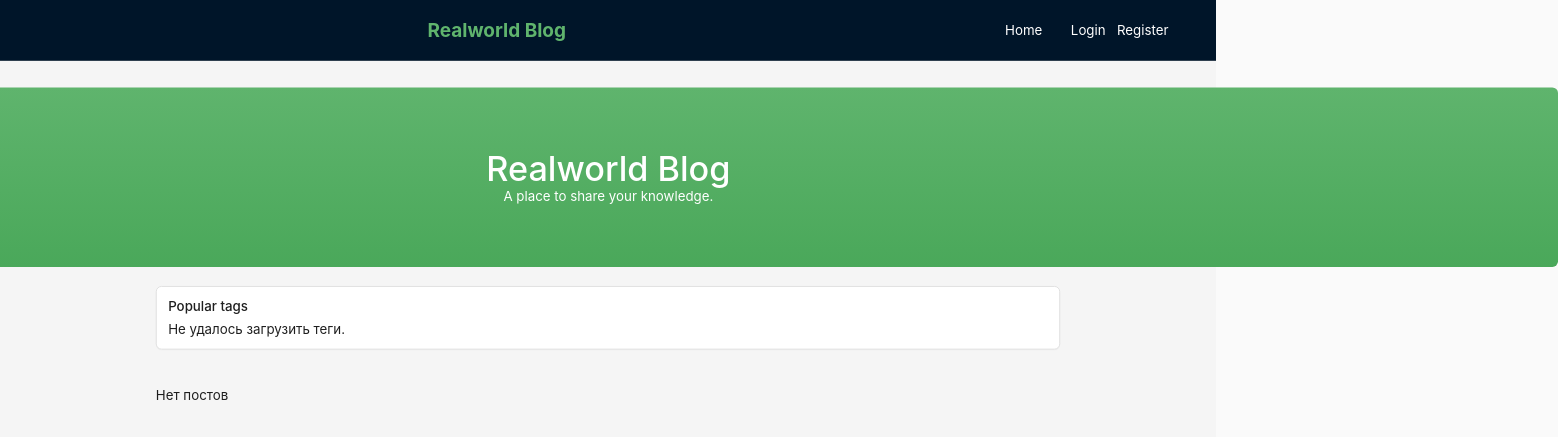
Repository: Rafged/S1mple-blog
Page: / (app in S1mple-blog-main/)
These files come from the project's save history. The page is drawn as it stood at one moment and after a run of saves; the edit follows.
The browser window is 1280 px wide. The page is 1640 px wide, so the pictures cover 1640 px, including what lies to the right of the window. The pictures show the whole page, at 95% of full size.
The page's requests for data from a server got no answer. The project was rebuilt for these pictures with package versions that can differ from the ones it lists, and the page was loaded fresh each time. No one was signed in, and anything a server would have sent is missing. Also part of the build but not shown: S1mple-blog-main/vite.config.js, S1mple-blog-main/src/pages/Login.jsx, S1mple-blog-main/src/pages/Register.jsx, S1mple-blog-main/src/pages/NewPost.jsx, S1mple-blog-main/src/pages/Settings.jsx, S1mple-blog-main/src/pages/Article.jsx, S1mple-blog-main/src/pages/Profile.css, S1mple-blog-main/src/pages/Profile.jsx.

Above is the page before, as saved 2025-10-06 14:51:51.

After the next 3 saves:
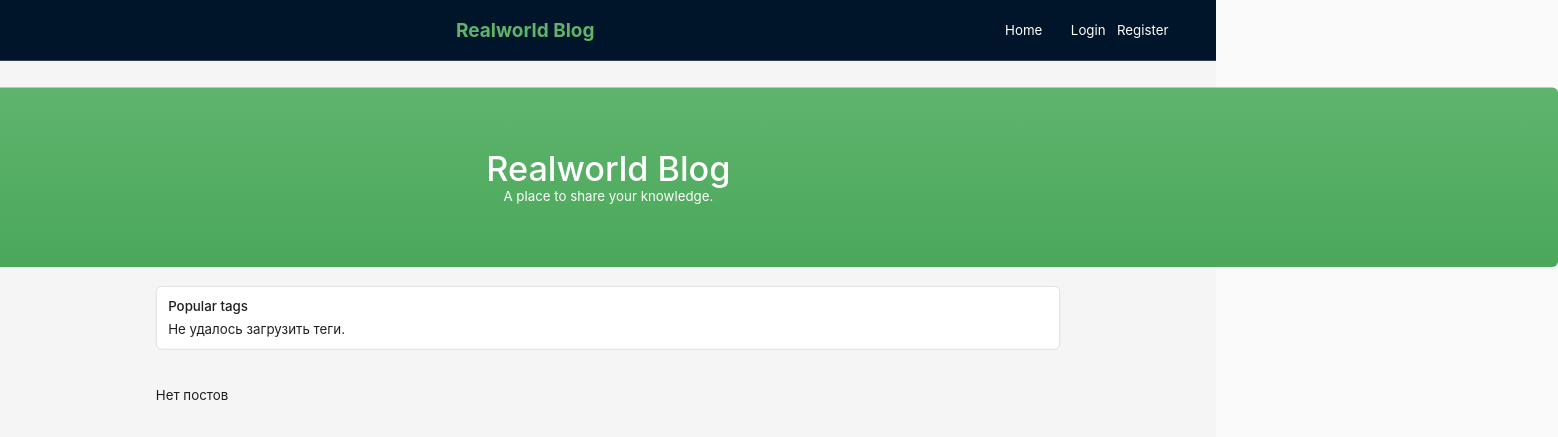
The 3 saves are shown as one change because they came seconds apart.
The last was saved 8 s later.
--- a/S1mple-blog-main/src/App.jsx
+++ b/S1mple-blog-main/src/App.jsx
@@ -35,7 +35,7 @@ export default function App(){
   return (
     <Layout style={{minHeight:'100vh'}}>
       <Header style={{display:'flex', alignItems:'center', justifyContent:'space-between'}}>
-        <div style={{color:'#5fb46d', fontWeight:700, fontSize: '20px', marginLeft: 400}}>Realworld Blog</div>
+        <div style={{color:'#5fb46d', fontWeight:700, fontSize: '20px', marginLeft: 430}}>Realworld Blog</div>
         <div>
           <Link to="/" style={{marginRight:30, color:'#fff'}}>Home</Link>
           {auth && <Link to="/new" style={{marginRight:25, color:'#fff'}}>New post</Link>}
